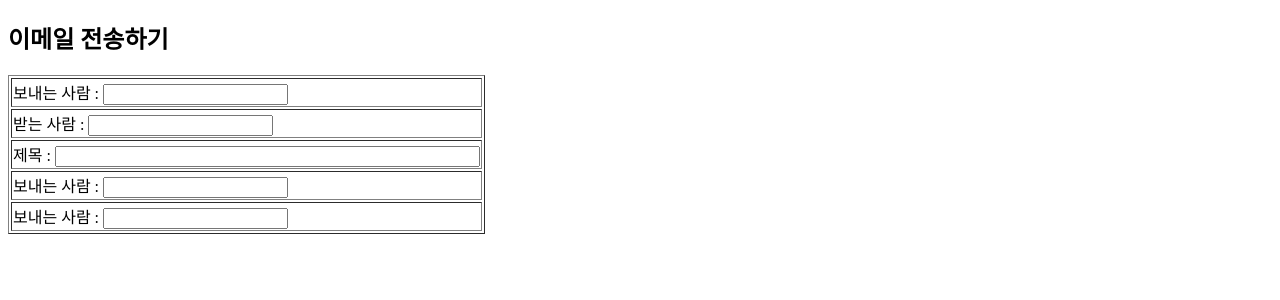
Repository: dogksi/JSP
Page: http://localhost/TestJSP/EmailSend/EmailSendMain.jsp
These files come from the project's save history. The page is drawn as it stood at one moment and after the next save; the edit follows.
The browser window is 1280 px wide. The pictures show the whole page.
The page is served by Tomcat 10. Nobody is signed in. The application's start-up code is not run. Other server files are loaded and not shown.

Above is the page before, as saved 2023-09-20 00:45:56.

### TestJSP/src/main/webapp/EmailSend/EmailSendMain.jsp
<%@ page language="java" contentType="text/html; charset=UTF-8"
    pageEncoding="UTF-8"%>
<!DOCTYPE html>
<html>
<head>
<meta charset="UTF-8">
<title>SMTP 이메일 전송</title>
</head>
<body>
	<h2>이메일 전송하기</h2>
	<form method="post" action="SendProcess.jsp">
	<table border="1">
		<tr>
			<td>
				보내는 사람 : <input type="text" name="from" value="" />
			</td>
		</tr>
		<tr>
			<td>
				받는 사람 : <input type="text" name="to" value="" />
			</td>
		</tr>
		<tr>
			<td>
				제목 : <input type="text" name="subject" size="50" value="" />
			</td>
		</tr>
		<tr>
			<td>
				보내는 사람 : <input type="text" name="from" value="" />
			</td>
		</tr>
		<tr>
			<td>
				보내는 사람 : <input type="text" name="from" value="" />
			</td>
		</tr>
	</table>
	</form>
</body>
</html>

After the next save:
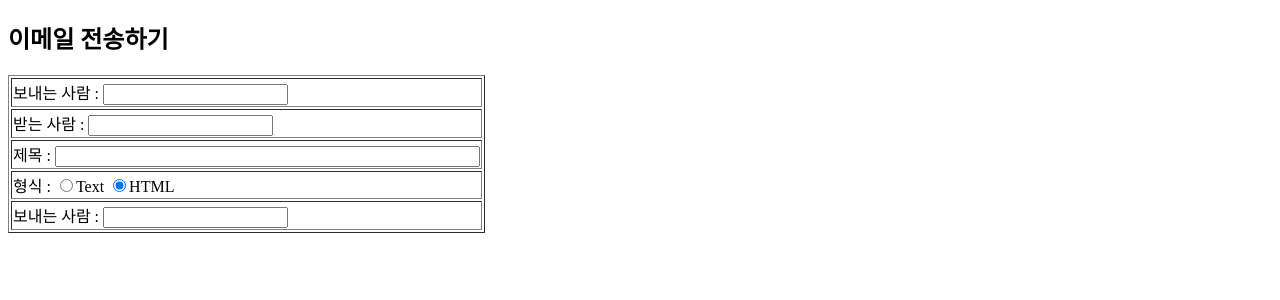
Saved 57 s later.
--- a/TestJSP/src/main/webapp/EmailSend/EmailSendMain.jsp
+++ b/TestJSP/src/main/webapp/EmailSend/EmailSendMain.jsp
@@ -27,7 +27,9 @@
 		</tr>
 		<tr>
 			<td>
-				보내는 사람 : <input type="text" name="from" value="" />
+				형식 :
+				<input type="radio" name="format" value="text" checked />Text
+				<input type="radio" name="format" value="html" checked />HTML
 			</td>
 		</tr>
 		<tr>
